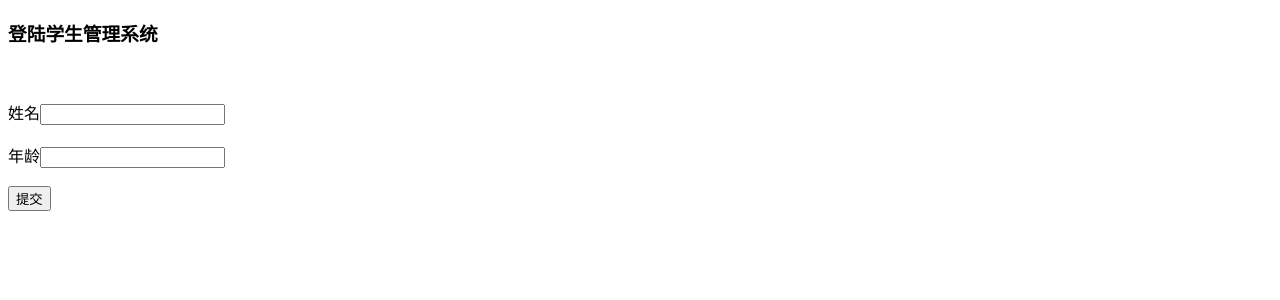
Repository: DataBoxWx/mvc_servlet_3
Page: http://localhost/crud_1/jsp/studentadd.jsp
These files come from the project's save history. The page is drawn as it stood at one moment and after the next save; the edit follows.
The browser window is 1280 px wide. The pictures show the whole page.
The page is served by Tomcat 9.

Above is the page before, as saved 2018-05-06 05:16:53.

After the next save:
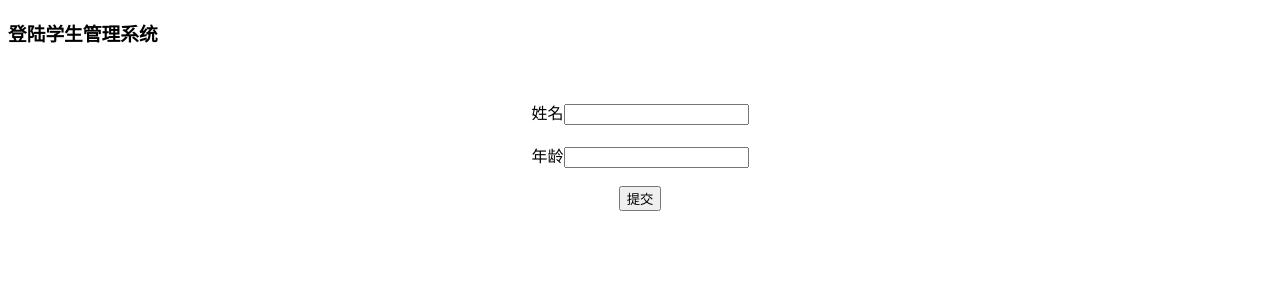
Saved 30 s later.
--- a/crud_1/WebContent/jsp/studentadd.jsp
+++ b/crud_1/WebContent/jsp/studentadd.jsp
@@ -21,7 +21,7 @@
 <body>
 	<h3>登陆学生管理系统</h3>
 	<br/><br/>
-	<form action="student/add.do" id="form">
+	<form action="student/add.do" id="form" style="text-align: center">
 		姓名<input type="text" name="username" id="usernameid"><span id= "span1"></span><br/><br/>
 		年龄<input type="password" name="password" id="passwordid"><br/><br/>
 		<button id="btn">提交</button>
